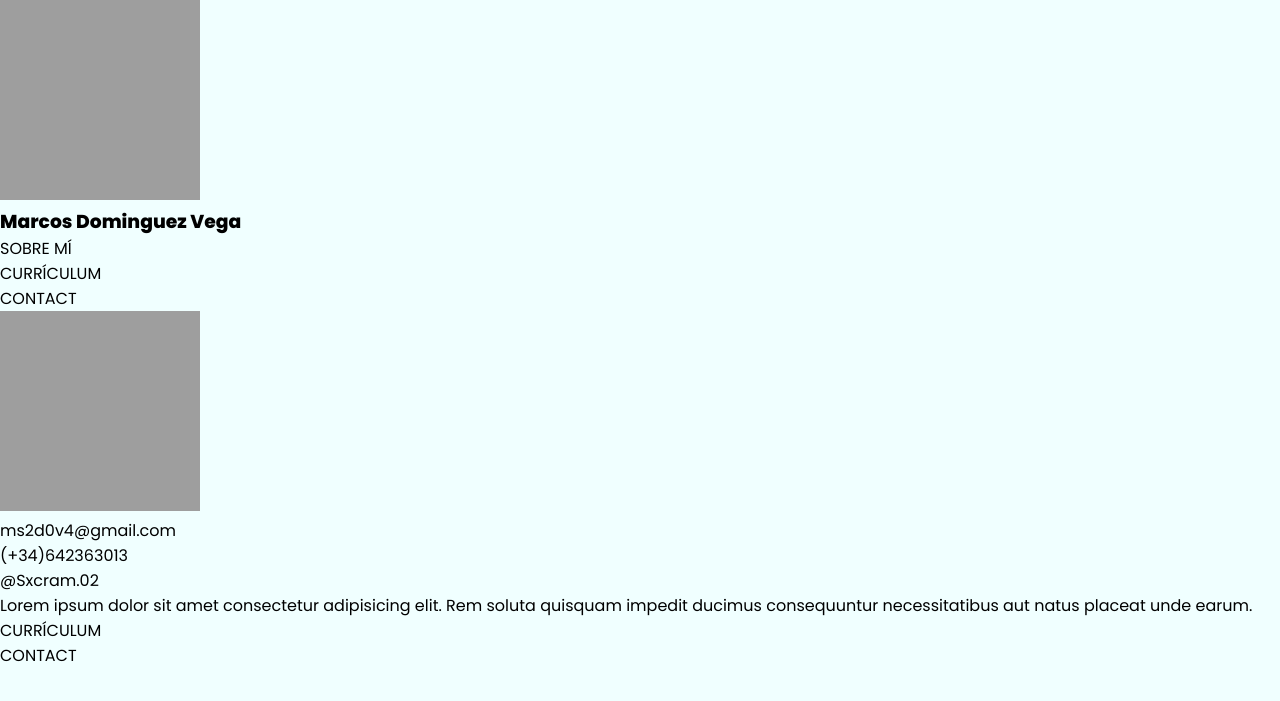
Repository: Sxcram02/Portfoliov.2
Page: index.html
The author's editor kept a copy of each file at every save. The page is drawn from the files as they stood at one save, then again after a run of saves.
The browser window is 1280 px wide. The pictures show the whole page.
Pictures or frames that could not be fetched are drawn as grey boxes.

Above is the page before, as saved 2023-04-10 23:44:14.

### index.html
<!DOCTYPE html>
<html lang="en">
<head>
    <meta charset="UTF-8">
    <meta http-equiv="X-UA-Compatible" content="IE=edge">
    <meta name="viewport" content="width=device-width, initial-scale=1.0">
    <link rel="stylesheet" href="css/style.css" />
    <link rel="shortcut icon" href="https://picsum.photo/160" type="image/x-icon" />
    <title>miPortFolio</title>
</head>
<body>
    <div class="root">
        <header>
            <div class="box-porfile">
                <img src="https://picsum.photos/200" alt="porfile" />
                <h3 class="name">Marcos Dominguez Vega</h3>
            </div>
            <nav>
                <ul class="nav-bar">
                    <li>SOBRE MÍ</li>
                    <li>CURRÍCULUM</li>
                    <li>CONTACT</li>
                </ul>
            </nav>
        </header>
        <main>
            <section class="sobreMi">
                <article class="box-image">
                    <img src="https://picsum.photos/200" alt="porfile" />
                    <ul class="redes">
                        <li>ms2d0v4@gmail.com</li>
                        <li>(+34)642363013</li>
                        <li>@Sxcram.02</li>
                    </ul>
                </article>
                <article class="info">
                    <p>Lorem ipsum dolor sit amet consectetur adipisicing elit. Rem soluta quisquam impedit ducimus consequuntur necessitatibus aut natus placeat unde earum.</p>
                    <ul class="nav-bar2">
                        <li>CURRÍCULUM</li>
                        <li>CONTACT</li>
                    </ul>
                </article>
            </section>
        </main>
    </div>
</body>
</html>

### css/style.css
@import url('https://fonts.googleapis.com/css2?family=Poppins:ital,wght@0,400;0,500;0,600;0,800;0,900;1,400&display=swap');

* {
    margin: 0;
    padding: 0;
    box-sizing: border-box;
    font-family: 'Poppins',sans-serif;
    list-style: none;
}

.root {
    width: 100vw;
    height: 100vh;
    background-color: azure;
}

header {
    width: 100%;
}

After the next 3 saves:
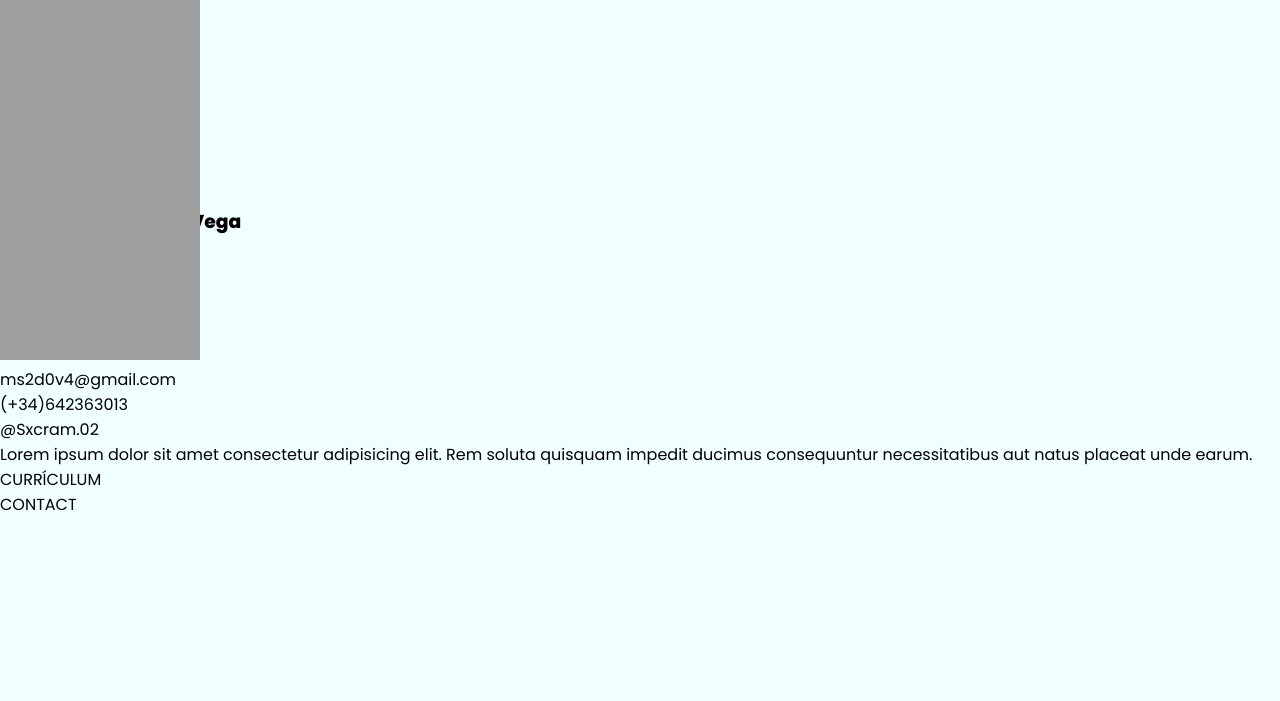
The 3 saves are shown as one change because they came seconds apart.
The last was saved 8 s later.
--- a/css/style.css
+++ b/css/style.css
@@ -16,4 +16,5 @@
 
 header {
     width: 100%;
+    height: 10em;
 }
